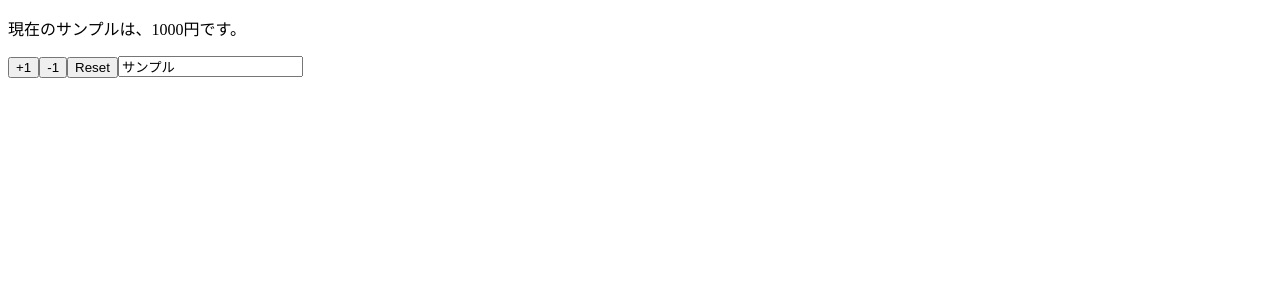
Repository: yujiuehara/my-app
Page: /
The author's editor kept a copy of each file at every save. The page is drawn from the files as they stood at one save, then again after the next save.
The browser window is 1280 px wide. The pictures show the whole page.
The project was rebuilt for these pictures with package versions that can differ from the ones it lists, and the page was loaded fresh each time.

Above is the page before, as saved 2020-05-04 00:28:25.

After the next save:
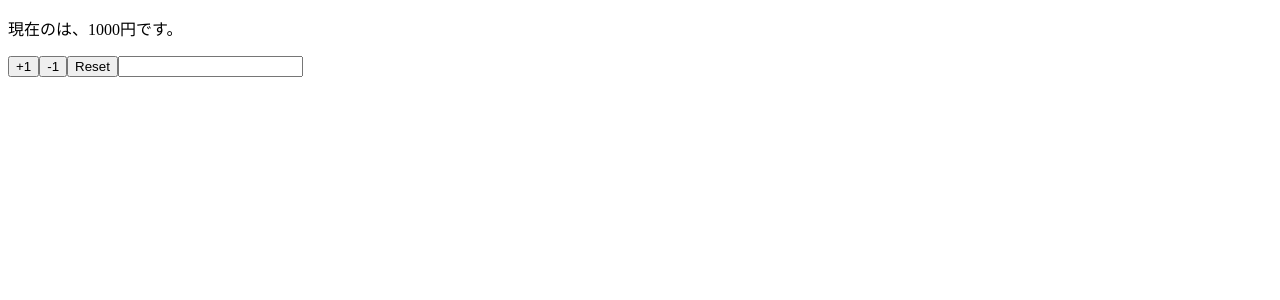
Saved 9 s later.
--- a/src/App.js
+++ b/src/App.js
@@ -17,7 +17,7 @@ const App = (props)　=> {
 }
 
 App.defaultProps = {
-  name: 'サンプル',
+  name: '',
   price: 1000
 }
 
